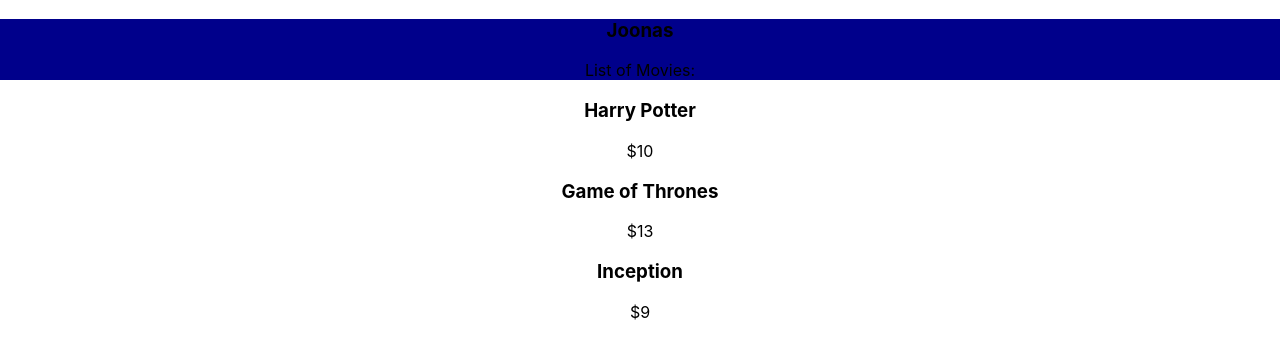
Repository: SubmergedSnake/react-usecontext
Page: /
The author's editor kept a copy of each file at every save. The page is drawn from the files as they stood at one save, then again after the next save.
The browser window is 1280 px wide. The pictures show the whole page.
The project was rebuilt for these pictures with package versions that can differ from the ones it lists, and the page was loaded fresh each time.

Above is the page before, as saved 2020-11-21 18:30:51.

### src/App.js
import logo from './logo.svg';
import './App.css';
import MovieList from './MovieList';
import Nav from './Nav';

function App() {
  return (
    <div className="App">
      <Nav />
      <MovieList />
    </div>
  );
}

export default App;

### src/MovieList.js
import React, { useState } from 'react';
import Movie from './Movie';

const MovieList = () => {
    const [movies, setMovies] = useState([
        {
            name: 'Harry Potter',
            price: '$10',
            id: 23124
        },
        {
            name: 'Game of Thrones',
            price: '$13',
            id: 223324
        },
        {
            name: 'Inception',
            price: '$9',
            id: 2312474
        }
    ]);

    return (
        <div>
            {movies.map(movie => (
                <Movie
                name={movie.name}
                price={movie.price}
                key={movie.id}
                />
            ))}
        </div>
    );

}

export default MovieList;

### src/Nav.js
import React from 'react';

const navStyle = {
    background: 'darkblue',
  };


const Nav = ({name, price}) => {
    return(
        <div style={navStyle}>
            <h3>Joonas</h3>
    <p>List of Movies: </p>
        </div>
    )
}

export default Nav;

### src/Movie.js
import React from 'react';

const Movie = ({name, price}) => {
    return(
        <div>
            <h3>{name}</h3>
    <p>{price}</p>
        </div>
    )
}

export default Movie;

Loaded but not shown: public/index.html (common file); src/index.js (common file); src/index.css (common file); src/reportWebVitals.js (common file); src/App.css (common file)

After the next save:
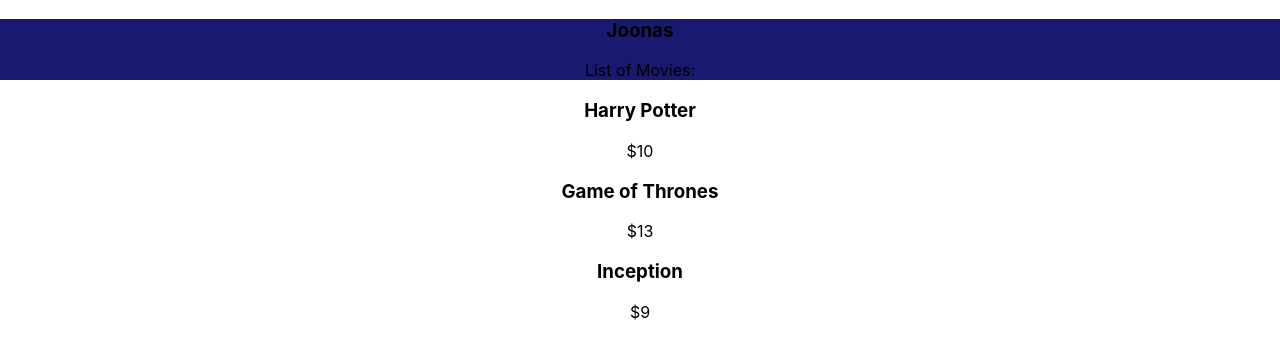
Saved 33 s later.
--- a/src/Nav.js
+++ b/src/Nav.js
@@ -1,7 +1,7 @@
 import React from 'react';
 
 const navStyle = {
-    background: 'darkblue',
+    background: 'midnightblue',
   };
 
 
